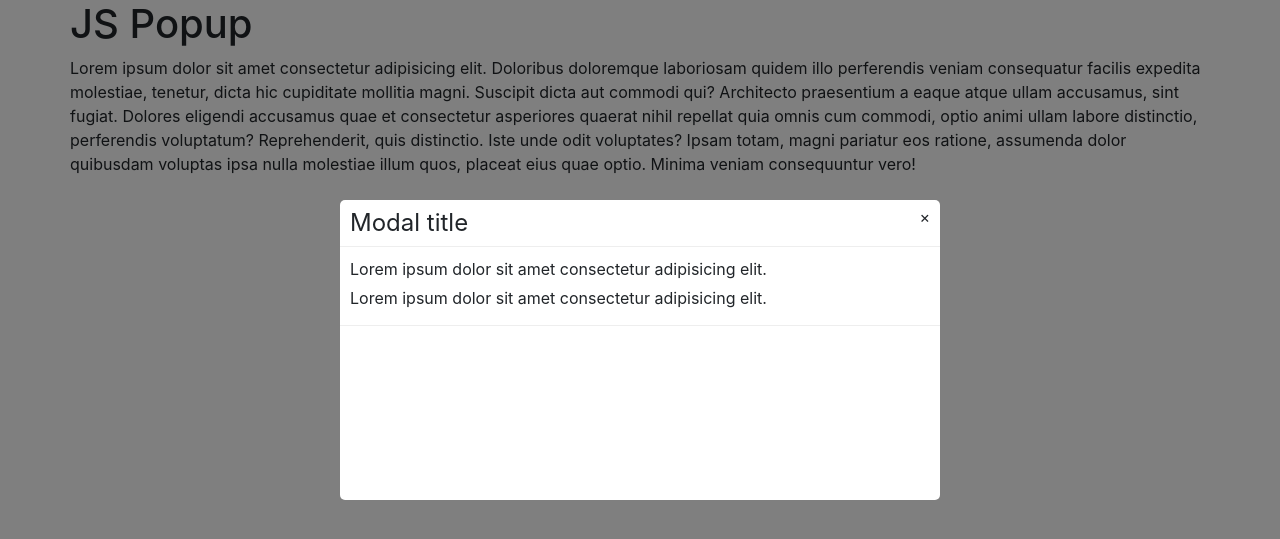
Repository: frostnn/popup-js
Page: index.html
These files come from the project's save history. The page is drawn as it stood at one moment and after the next save; the edit follows.
The browser window is 1280 px wide. The pictures show the whole page.

Above is the page before, as saved 2021-01-17 22:55:25.

After the next save:
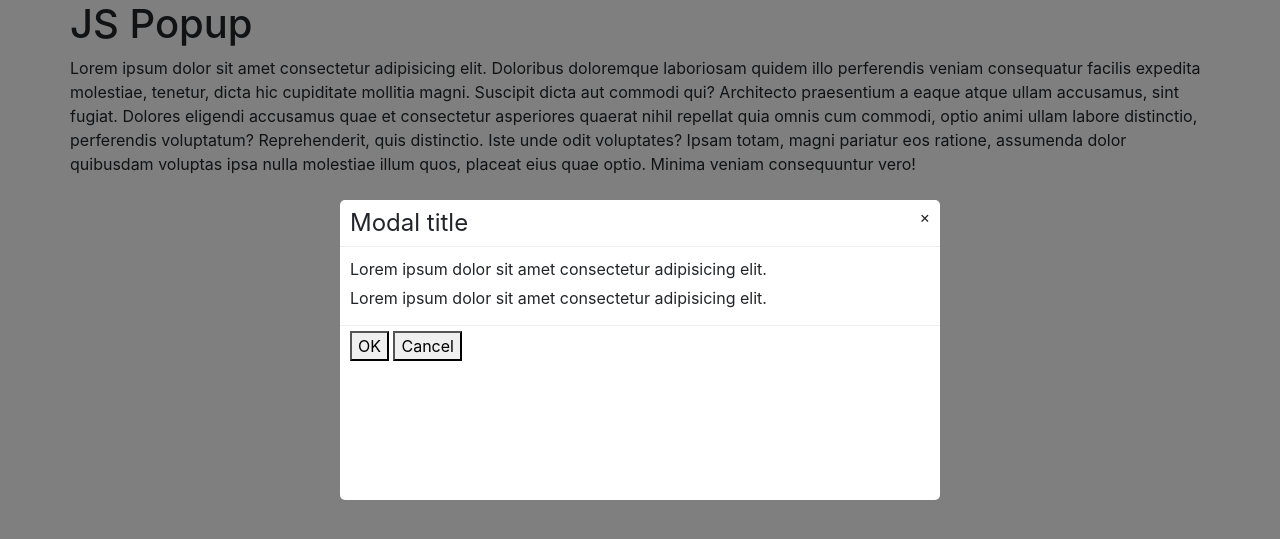
Saved 48 s later.
--- a/index.html
+++ b/index.html
@@ -36,7 +36,8 @@
           <p> Lorem ipsum dolor sit amet consectetur adipisicing elit.</p>
         </div>
         <div class="modale-window_footer">
-
+          <button>OK</button>
+          <button>Cancel</button>
         </div>
       </div>
     </div>
